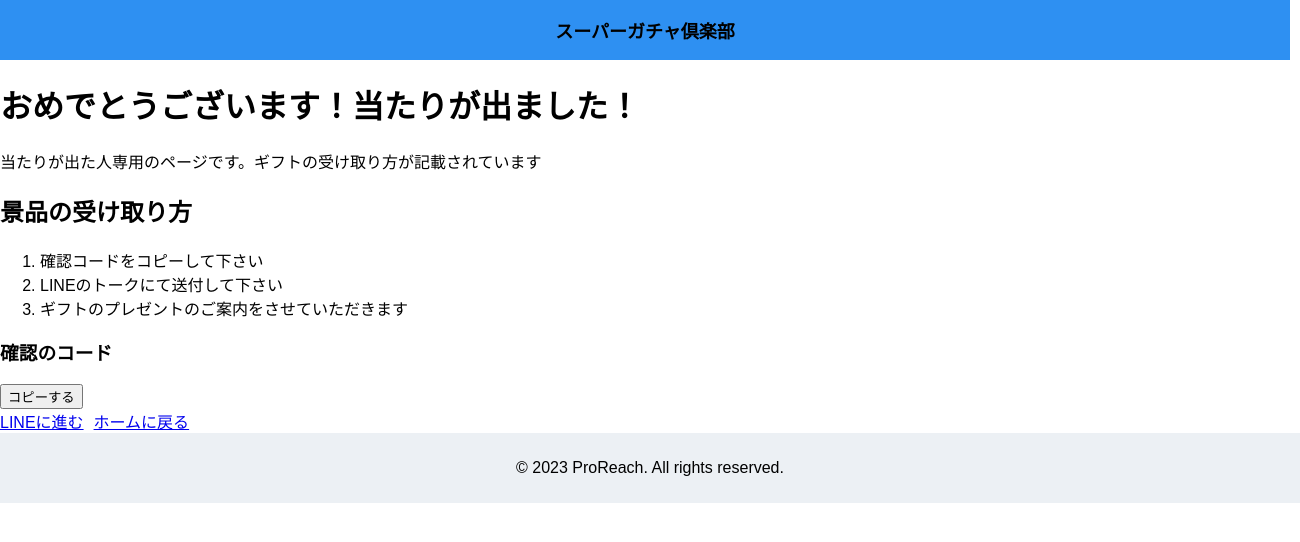
Repository: kskw0000/gggacha
Page: /winner (app in fronted/)
These files come from the project's save history. The page is drawn as it stood at one moment and after the next save; the edit follows.
The browser window is 1280 px wide. The page is 1300 px wide, so the pictures cover 1300 px, including what lies to the right of the window. The pictures show the whole page.
The project was rebuilt for these pictures with package versions that can differ from the ones it lists, and the page was loaded fresh each time. Also part of the build but not shown: fronted/src/components/css/GachaMachine.css, fronted/src/components/pages/GachaMachine.js, fronted/src/components/pages/Gacha.js.

Above is the page before, as saved 2023-07-01 06:33:48.

### fronted/src/App.js
import React from 'react';
import './App.css';
import { BrowserRouter as Router, Route, Routes } from "react-router-dom";
import Header from './components/parts/Header';
import Footer from './components/parts/Footer';
import Gacha from './components/pages/Gacha';
import WinnerPage from './components/pages/WinnerPage';  // WinnerPageをインポート
import { Link } from "react-router-dom";

const GachaCard = ({ title, id }) => (
  <Link to={`/gacha/${id}`}>
    <div className="gacha-card">
      <h2>{title}</h2>
      {/* ここにガチャの画像などを追加することもできます */}
    </div>
  </Link>
);

const GachaRow = ({ title, gachas }) => (
  <div className="gacha-row">
    <h1>{title}</h1>
    <div className="gacha-row-content">
      {gachas.map((gacha, index) => (
        <GachaCard key={index} title={gacha.title} id={gacha.id} />
      ))}
    </div>
  </div>
);


function App() {
  // ここは後でAPIから取得するように変更する予定です
  const gachaData = [
    {
      rowTitle: '人気のガチャ',
      gachas: [
        { id: 1, title: 'ガチャ1' },
        { id: 2, title: 'ガチャ2' },
        // 必要なだけガチャを追加
      ],
    },
    {
      rowTitle: '新着のガチャ',
      gachas: [
        { id: 3, title: 'ガチャ3' },
        { id: 4, title: 'ガチャ4' },
        // 必要なだけガチャを追加
      ],
    },
  ];

  return (
    <Router>
      <div className="App">
        <Header />
        <Routes>
          <Route path="/" element={
            <>
              {gachaData.map((row, index) => (
                <GachaRow key={index} title={row.rowTitle} gachas={row.gachas} />
              ))}
            </>
          } />
          <Route path="/gacha/:id" element={<Gacha />} />
          <Route path="/winner" element={<WinnerPage />} />
        </Routes>
        <Footer />
      </div>
    </Router>
  );
}

export default App;

### fronted/src/App.css
.App {
  font-family: Arial, sans-serif;
  padding-top: 60px;
}



.gacha-row {
  margin-bottom: 20px;
}

.gacha-row-content {
  display: flex;
  overflow-x: scroll;
  gap: 10px;
  padding-bottom: 10px;
}

.gacha-card {
  transition: 0.3s;
  /* 他のスタイル属性をここに追加 */
  min-width: 150px;
  height: 200px;
  background-color: #eee;
  box-shadow: 0 2px 8px rgba(0, 0, 0, 0.1);
  border-radius: 5px;
  padding: 10px;
  display: flex;
  align-items: center;
  justify-content: center;
}

.gacha-card:hover {
  transform: translateY(-40px);
}

 /* ガチャ　アニメーション */
@keyframes spin {
  0% { transform: rotate(0deg); }
  100% { transform: rotate(360deg); }
}

.loading-spinner {
  border: 16px solid #f3f3f3; /* Light grey */
  border-top: 16px solid #3498db; /* Blue */
  border-radius: 50%;
  width: 120px;
  height: 120px;
  animation: spin 2s linear infinite;
}

### fronted/src/components/parts/Header.js
import React from 'react';
import '../css/Header.css';

const Header = () => {
  return (
    <header className="header">
      {/* ここにロゴやメニューリンクなどを配置します */}
      <h1>スーパーガチャ倶楽部</h1>
    </header>
  );
}

export default Header;

### fronted/src/components/parts/Footer.js
import React from 'react';
import '../css/Footer.css';

const Footer = () => {
  return (
    <footer className="footer">
      {/* ここに著作権情報やリンクなどを配置します */}
      <p>&copy; 2023 ProReach. All rights reserved.</p>
    </footer>
  );
}

export default Footer;

### fronted/src/components/pages/WinnerPage.js
import React, { useState, useEffect } from 'react';
import { Link } from 'react-router-dom';  // Add this line if not already present in your file

const WinnerPage = () => {
  const [winCode, setWinCode] = useState('');

  useEffect(() => {
    const savedCode = localStorage.getItem('winCode');
    if (savedCode) {
      setWinCode(savedCode);
    }
  }, []);

  const handleCopyCode = async () => {
    try {
      await navigator.clipboard.writeText(winCode);
      alert('Code copied to clipboard!');
    } catch (err) {
      console.error('Failed to copy text: ', err);
    }
  };

  return (
    <div>
      <h1>おめでとうございます！当たりが出ました！</h1>
      <p>当たりが出た人専用のページです。ギフトの受け取り方が記載されています</p>

      <h2>景品の受け取り方</h2>
      <ol>
        <li>確認コードをコピーして下さい</li>
        <li>LINEのトークにて送付して下さい</li>
        <li>ギフトのプレゼントのご案内をさせていただきます</li>
      </ol>

      <div>
        <h3>確認のコード</h3>
        <p>{winCode}</p>
        <button onClick={handleCopyCode}>コピーする</button>
      </div>

      <div>
        {/* LINEへのリンクボタン */}
        <a href="https://lin.ee/jNGfEaS" target="_blank" rel="noreferrer" className="btn btn-primary" style={{marginRight: '10px'}}>
          LINEに進む
        </a>

        {/* ホームに戻るボタン */}
        <Link to="/" className="btn btn-secondary">
          ホームに戻る
        </Link>
      </div>
    </div>
  );
};

export default WinnerPage;

### fronted/src/components/css/Header.css
.header {
    position: fixed;
    top: 0;
    height: 50px;
    padding: 5px;
    background-color: #2e90f2;
    text-align: center;
    width: 100%;
    /* 他のスタイル属性をここに追加 */
  }

  .header h1 {
    font-size: 18px;
  }

### fronted/src/components/css/Footer.css
.footer {
    padding: 10px;
    background-color: #ecf0f4;
    text-align: center;
    width: 100%;
    bottom: 0;
    /* 他のスタイル属性をここに追加 */
  }

Loaded but not shown: fronted/public/index.html (common file); fronted/src/index.js (common file); fronted/src/index.css (common file); fronted/src/reportWebVitals.js (common file)

After the next save:
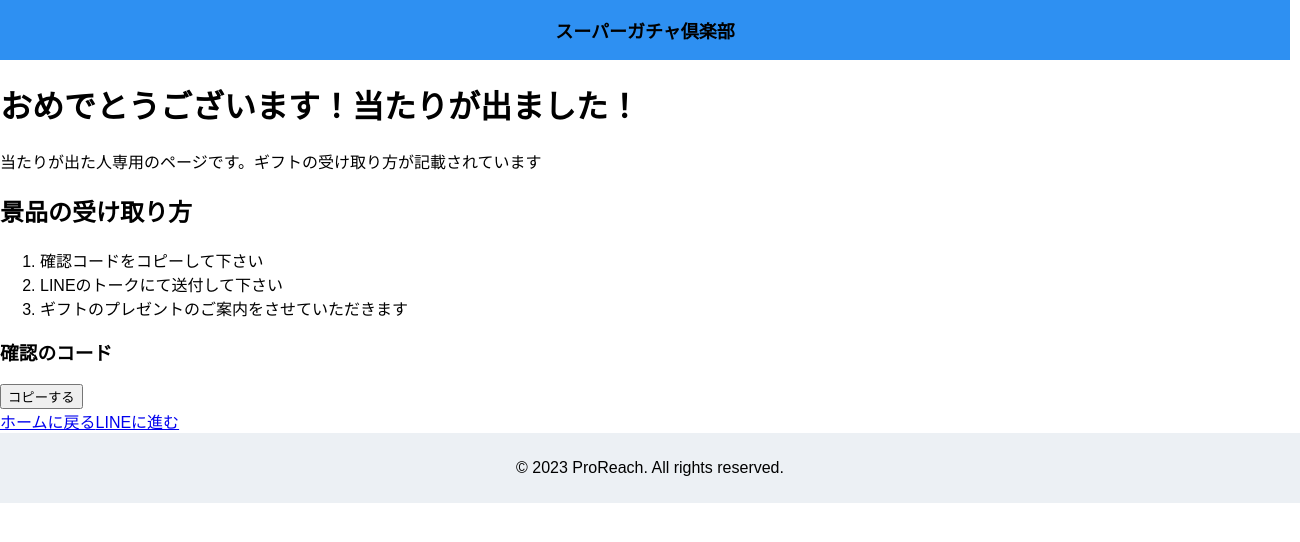
Saved 2 h 10 min later.
--- a/fronted/src/components/pages/WinnerPage.js
+++ b/fronted/src/components/pages/WinnerPage.js
@@ -1,5 +1,5 @@
 import React, { useState, useEffect } from 'react';
-import { Link } from 'react-router-dom';  // Add this line if not already present in your file
+import { Link } from 'react-router-dom';
 
 const WinnerPage = () => {
   const [winCode, setWinCode] = useState('');
@@ -21,7 +21,7 @@
   };
 
   return (
-    <div>
+    <div className="container">
       <h1>おめでとうございます！当たりが出ました！</h1>
       <p>当たりが出た人専用のページです。ギフトの受け取り方が記載されています</p>
 
@@ -35,19 +35,16 @@
       <div>
         <h3>確認のコード</h3>
         <p>{winCode}</p>
-        <button onClick={handleCopyCode}>コピーする</button>
+        <button className="btn btn-success mb-3" onClick={handleCopyCode}>コピーする</button>
       </div>
 
-      <div>
-        {/* LINEへのリンクボタン */}
-        <a href="https://lin.ee/jNGfEaS" target="_blank" rel="noreferrer" className="btn btn-primary" style={{marginRight: '10px'}}>
-          LINEに進む
-        </a>
-
-        {/* ホームに戻るボタン */}
+      <div className="d-flex justify-content-between mt-3">
         <Link to="/" className="btn btn-secondary">
           ホームに戻る
         </Link>
+        <a href="https://lin.ee/jNGfEaS" target="_blank" rel="noreferrer" className="btn btn-primary">
+          LINEに進む
+        </a>
       </div>
     </div>
   );

After the save that followed:
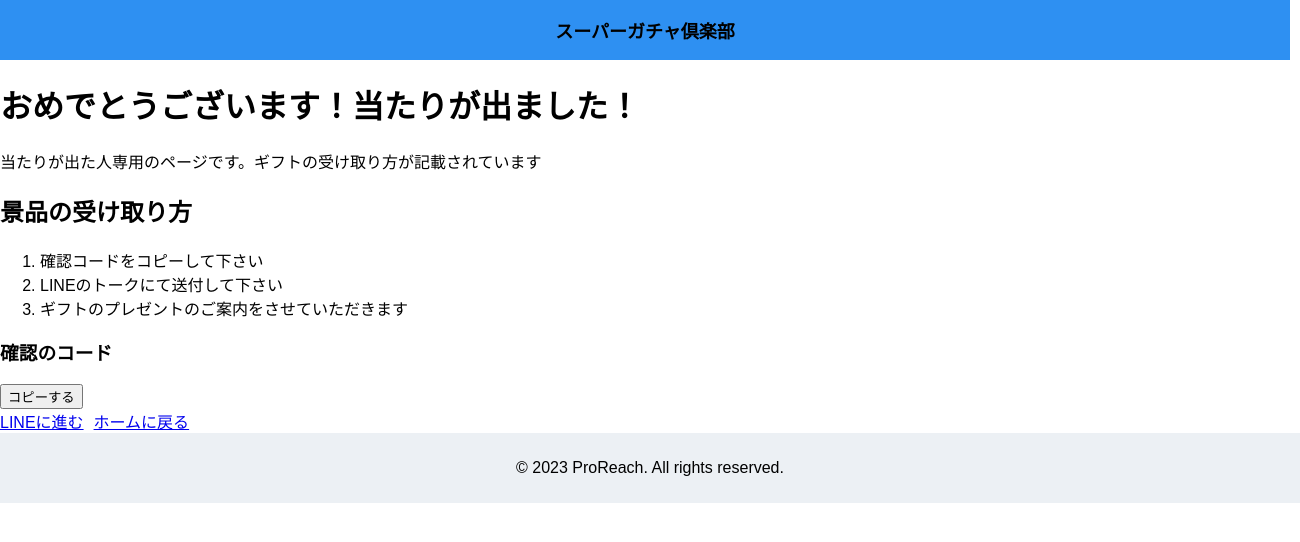
Saved 29 s later.
--- a/fronted/src/components/pages/WinnerPage.js
+++ b/fronted/src/components/pages/WinnerPage.js
@@ -1,5 +1,5 @@
 import React, { useState, useEffect } from 'react';
-import { Link } from 'react-router-dom';
+import { Link } from 'react-router-dom';  // Add this line if not already present in your file
 
 const WinnerPage = () => {
   const [winCode, setWinCode] = useState('');
@@ -21,7 +21,7 @@
   };
 
   return (
-    <div className="container">
+    <div>
       <h1>おめでとうございます！当たりが出ました！</h1>
       <p>当たりが出た人専用のページです。ギフトの受け取り方が記載されています</p>
 
@@ -35,16 +35,19 @@
       <div>
         <h3>確認のコード</h3>
         <p>{winCode}</p>
-        <button className="btn btn-success mb-3" onClick={handleCopyCode}>コピーする</button>
+        <button onClick={handleCopyCode}>コピーする</button>
       </div>
 
-      <div className="d-flex justify-content-between mt-3">
+      <div>
+        {/* LINEへのリンクボタン */}
+        <a href="https://lin.ee/jNGfEaS" target="_blank" rel="noreferrer" className="btn btn-primary" style={{marginRight: '10px'}}>
+          LINEに進む
+        </a>
+
+        {/* ホームに戻るボタン */}
         <Link to="/" className="btn btn-secondary">
           ホームに戻る
         </Link>
-        <a href="https://lin.ee/jNGfEaS" target="_blank" rel="noreferrer" className="btn btn-primary">
-          LINEに進む
-        </a>
       </div>
     </div>
   );
